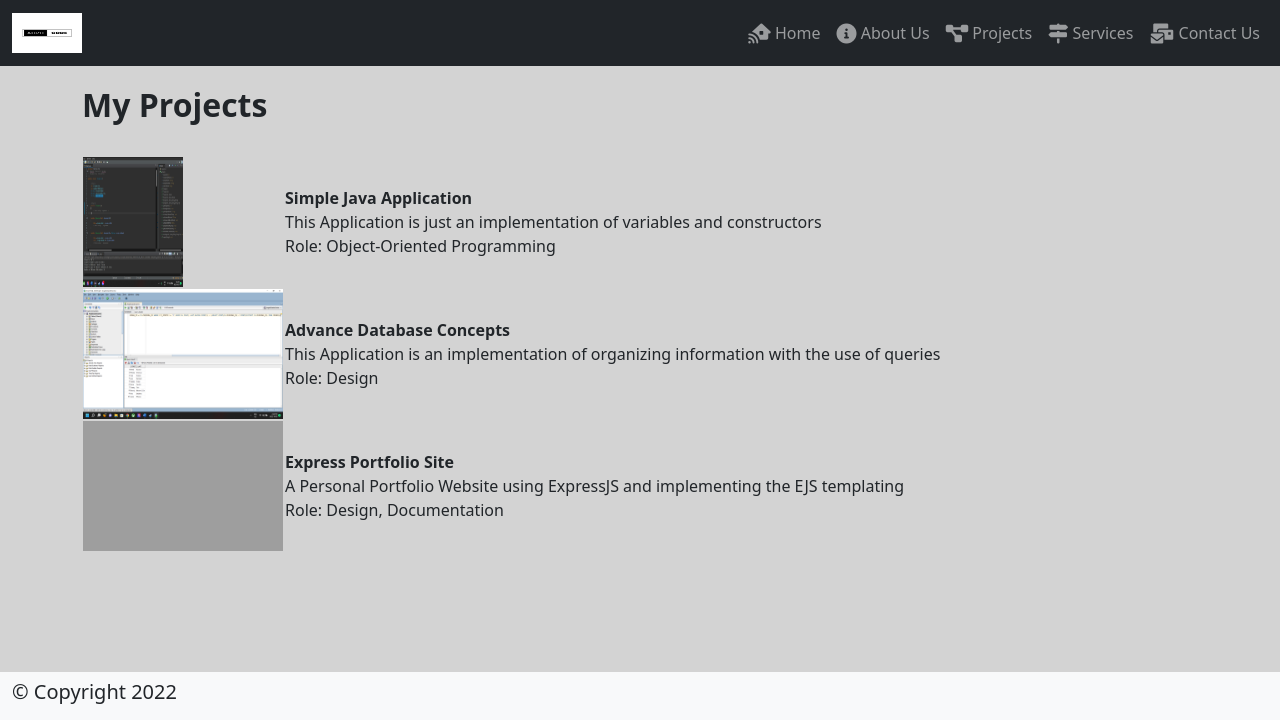
Repository: acarino4/Express-Portfolio-Site
Page: http://localhost/projects
An editor plug-in stored every save of this project. The page is shown before and after the next save, followed by the edit.
The browser window is 1280 px wide. The pictures show the whole page.
Pictures or frames that could not be fetched are drawn as grey boxes. The page is served by the project's Node server (server.js). Other server files are loaded and not shown.

Above is the page before, as saved 2022-10-08 19:24:16.

### Server/Views/index.ejs
<!--
    *****************************************
    * File Name: MyExpressPortfolio         *
    * Students Name: Jenyll Mabborang       *
    * Student ID: 301225121                 *
    * Date: June 06, 2022                   *
    *****************************************
-->

<!DOCTYPE html>
<html lang="en">
<head>
    <meta charset="UTF-8">
    <meta http-equiv="X-UA-Compatible" content="IE=edge">
    <meta name="viewport" content="width=device-width, initial-scale=1.0">
    <title><%= title %></title>
    <!-- CSS Goes Here -->
    <link rel="stylesheet" href="./bootstrap/dist/css/bootstrap.min.css">
    <link rel="stylesheet" href="./@fortawesome/fontawesome-free/css/all.min.css">
    <link rel="stylesheet" href="./Content/app.css">
</head>
<body>
    <!-- Main Navigation Section -->
    <header>
        <%- include('components/header.ejs'); %> <!-- Inserts or injects my header.ejs inside my header-->
    </header>

    <!-- Content Section -->
    <main>
        <%- include('content/' + page + '.ejs'); %>
    </main>

    <!-- Site-wide Footer Section -->
    <footer>
        <!-- Site-wide footer -->
        <%- include('components/footer.ejs'); %> <!-- Inserts or injects my footerr.ejs inside my footer-->
    </footer>

    <!-- JavaScript goes here -->
    <script src="./jquery/dist/jquery.min.js"></script>
    <script src="./bootstrap/dist/js/bootstrap.min.js"></script>
    <script src="./@fortawesome/fontawesome-free/js/all.min.js"></script>
    <script src="./Scripts/app.js"></script>
</body>
</html>

### Server/Views/components/header.ejs
<!--
  Name: Angelo Caster M. Carino
  Student ID: 301223955
  Assignment 1: Express Portfolio Site
-->
<nav class="navbar navbar-expand-lg navbar-dark bg-dark">
    <div class="container-fluid">
      <a class="navbar-brand" href="/"><img src="./Assets/images/ACPH.png" alt="" width="70" height="40"></i> </a>
      <button class="navbar-toggler" type="button" data-bs-toggle="collapse" data-bs-target="#navbarSupportedContent" aria-controls="navbarSupportedContent" aria-expanded="false" aria-label="Toggle navigation">
        <span class="navbar-toggler-icon"></span>
      </button>
      <div class="collapse navbar-collapse" id="navbarSupportedContent">
        <ul class="navbar-nav ms-auto mb-2 mb-lg-0">

          <!-- Home Page link -->
          <li class="nav-item">
            <a class="nav-link" aria-current="page" href="/home"><i class="fa-solid fa-house-signal fa-lg"></i> Home</a>
          </li>

          <!-- About Page link -->
          <li class="nav-item">
            <a class="nav-link" aria-current="page" href="/about"><i class="fa-solid fa-circle-info fa-lg"></i></i> About Us</a>
          </li>

          <!-- Projects Page link -->
          <li class="nav-item">
            <a class="nav-link" aria-current="page" href="/projects"><i class="fa-solid fa-diagram-project fa-lg"></i></i> Projects</a>
          </li>

          <!-- Services Page link -->
          <li class="nav-item">
            <a class="nav-link" aria-current="page" href="/services"><i class="fa-solid fa-signs-post fa-lg"></i></i> Services</a>
          </li>

          <!-- Contact Page link -->
          <li class="nav-item">
            <a class="nav-link" aria-current="page" href="/contact"><i class="fa-solid fa-envelopes-bulk fa-lg"></i> Contact Us</a>
          </li>

        </ul>
      </div>
    </div>
  </nav>

### Server/Views/content/projects.ejs
<!--
  Name: Angelo Caster M. Carino
  Student ID: 301223955
  Assignment 1: Express Portfolio Site
-->

<!-- PROJECTS.EJS body content section -->
<head>
    <style>
        body {
            background-color:lightgray;
        }
        .div1 {
            border: 1px solid black;
            padding: 16px;
            background-color: grey;
        }

   </style>

</head>

<div class="container" style="padding-top: 20px;">
    <h2><strong> My Projects </strong></h2>

    <!-- List of all my projects inside a table-->
    <table>
        <tr>
            <td><img src="./Assets/images/java.png" alt="" width="100" height="130"></td>
            <td><strong> Simple Java Application</strong> <br>
                This Application is just an implementation of variables and constructors<br>
                Role: Object-Oriented Programming
            </td>
        </tr>
        <br>

        <tr>
            <td><img src="./Assets/images/db.png" alt="" width="200" height="130"></td>
            <td><strong> Advance Database Concepts </strong> <br>
                This Application is an implementation of organizing information with the use of queries<br>
                Role: Design
            </td>
        </tr>

        <tr>
            <td><img src="./Assets/images/myportfolio.png" alt="" width="200" height="130"></td>
            <td><strong> Express Portfolio Site</strong> <br>
                A Personal Portfolio Website using ExpressJS and implementing the EJS templating <br>
                Role: Design, Documentation
            </td>
        </tr>
    </table>
</div>

### Server/Views/components/footer.ejs
<!--
  Name: Angelo Caster M. Carino
  Student ID: 301223955
  Assignment 1: Express Portfolio Site
-->

<nav class="navbar fixed-bottom bg-light">
    <div class="container-fluid">
      <h5 id="copyright">&copy; Copyright 2022 </h5>
    </div>
</nav>

### server.js
#!/usr/bin/env node
"use strict";
var __importDefault = (this && this.__importDefault) || function (mod) {
    return (mod && mod.__esModule) ? mod : { "default": mod };
};
Object.defineProperty(exports, "__esModule", { value: true });
const app_1 = __importDefault(require("./Server/Config/app"));
const debug_1 = __importDefault(require("debug"));
(0, debug_1.default)('lesson4:server');
const http_1 = __importDefault(require("http"));
const port = normalizePort(process.env.PORT || '3000');
app_1.default.set('port', port);
const server = http_1.default.createServer(app_1.default);
server.listen(port);
server.on('error', onError);
server.on('listening', onListening);
function normalizePort(val) {
    var port = parseInt(val, 10);
    if (isNaN(port)) {
        return val;
    }
    if (port >= 0) {
        return port;
    }
    return false;
}
function onError(error) {
    if (error.syscall !== 'listen') {
        throw error;
    }
    let bind = typeof port === 'string'
        ? 'Pipe ' + port
        : 'Port ' + port;
    switch (error.code) {
        case 'EACCES':
            console.error(bind + ' requires elevated privileges');
            process.exit(1);
            break;
        case 'EADDRINUSE':
            console.error(bind + ' is already in use');
            process.exit(1);
            break;
        default:
            throw error;
    }
}
function onListening() {
    let addr = server.address();
    let bind = 'pipe ' + addr;
    (0, debug_1.default)('Listening on ' + bind);
}
//# sourceMappingURL=server.js.map

### Server/Routes/index.js
"use strict";
var __importDefault = (this && this.__importDefault) || function (mod) {
    return (mod && mod.__esModule) ? mod : { "default": mod };
};
Object.defineProperty(exports, "__esModule", { value: true });
const express_1 = __importDefault(require("express"));
const router = express_1.default.Router();
router.get('/', function (req, res, next) {
    res.render('index', { title: 'Home', page: 'home' });
});
router.get('/home', function (req, res, next) {
    res.render('index', { title: 'Home', page: 'home' });
});
router.get('/about', function (req, res, next) {
    res.render('index', { title: 'About Us', page: 'about' });
});
router.get('/projects', function (req, res, next) {
    res.render('index', { title: 'Our Projects', page: 'projects' });
});
router.get('/services', function (req, res, next) {
    res.render('index', { title: 'Our Services', page: 'services' });
});
router.get('/contact', function (req, res, next) {
    res.render('index', { title: 'Contact Us', page: 'contact' });
});
exports.default = router;
//# sourceMappingURL=index.js.map

### Client/Content/app.css
/*CUSTOM CSS GOES HERE*/

### Client/Scripts/app.js
"use strict";
(function () {
    function Start() {
        console.log("App Started!");
        let XHR = new XMLHttpRequest();
        XHR.open("GET", "../data/data.json");
        XHR.send();
        XHR.addEventListener("readystatechange", function () {
            if (XHR.readyState == 4 && XHR.status == 200) {
                console.log("JSON Data:");
                console.log("===========");
                console.log(XHR.responseText);
            }
        });
    }
    window.addEventListener("load", Start);
})();
//# sourceMappingURL=app.js.map

### Client/data/data.json
{
    "FullName": "Jenyll Mabborang",
    "ContactNumber": "564315584",
    "EmailAddress": "jenyll@example.com"
}

After the next save:
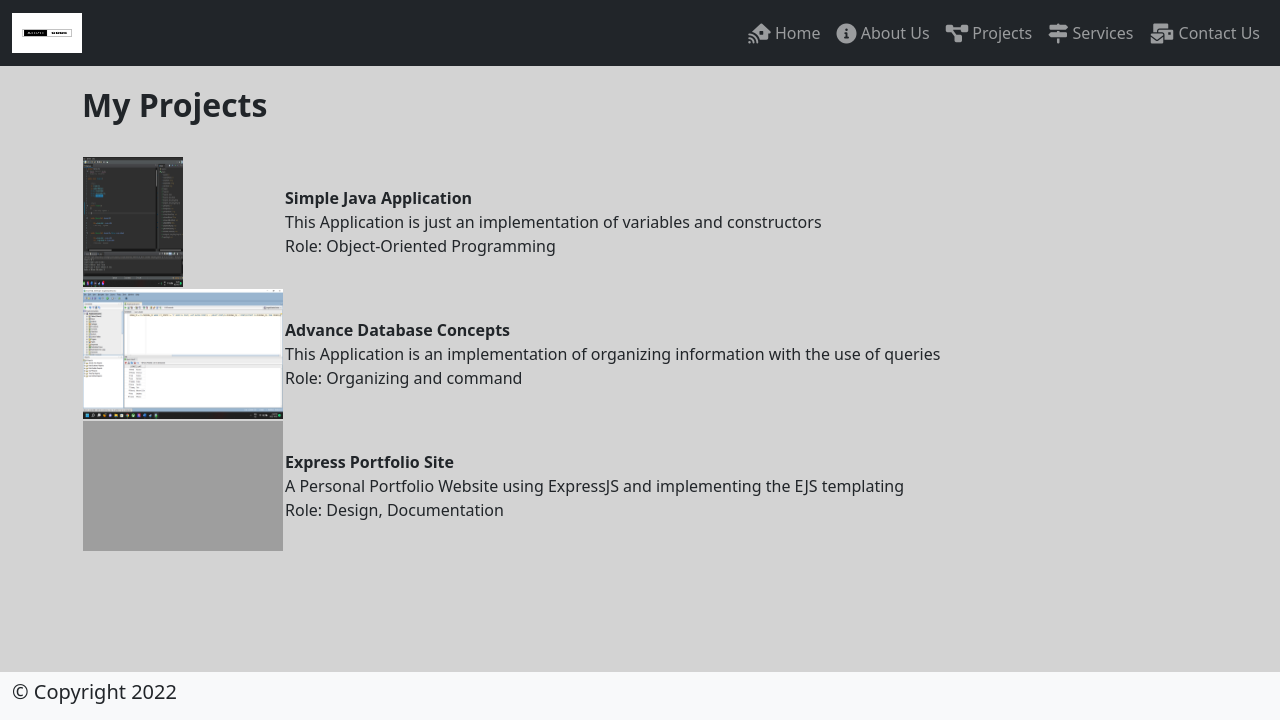
Saved 10 s later.
--- a/Server/Views/content/projects.ejs
+++ b/Server/Views/content/projects.ejs
@@ -38,7 +38,7 @@
             <td><img src="./Assets/images/db.png" alt="" width="200" height="130"></td>
             <td><strong> Advance Database Concepts </strong> <br>
                 This Application is an implementation of organizing information with the use of queries<br>
-                Role: Design
+                Role: Organizing and command
             </td>
         </tr>
 
